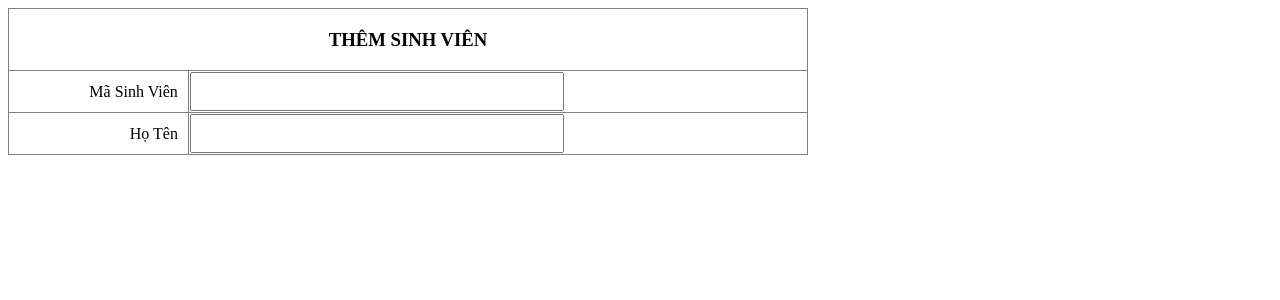
Repository: Tan-Khang21/TH_TKW--Buoi_04
Page: Bai_Tap_Mau/Bai_04/Bai_04.html
The author's editor kept a copy of each file at every save. The page is drawn from the files as they stood at one save, then again after the next save.
The browser window is 1280 px wide. The pictures show the whole page.

Above is the page before, as saved 2024-03-06 09:45:40.

### Bai_Tap_Mau/Bai_04/Bai_04.html
<!DOCTYPE html>
<html lang="en">
<head>
    <meta charset="UTF-8">
    <meta name="viewport" content="width=device-width, initial-scale=1.0">
    <title>Document</title>
</head>
<body>
    <table border="1px" style="width: 800px; border-collapse: collapse;">
        <tr>
            <th colspan="3" ><h3>THÊM SINH VIÊN</h3></th>
        </tr>
        <tr>
            <td align="right" style="padding: 10px;">Mã Sinh Viên</td>
            <td colspan="2"> <input type="text" style="width:350px; padding: 10px;"></td>
        </tr>
        <tr>
            <td align="right" style="padding: 10px;">Họ Tên</td>
            <td colspan="2"> <input type="text" style="width:350px; padding: 10px;"></td>
        </tr>
    </table>
</body>
</html>

After the next save:
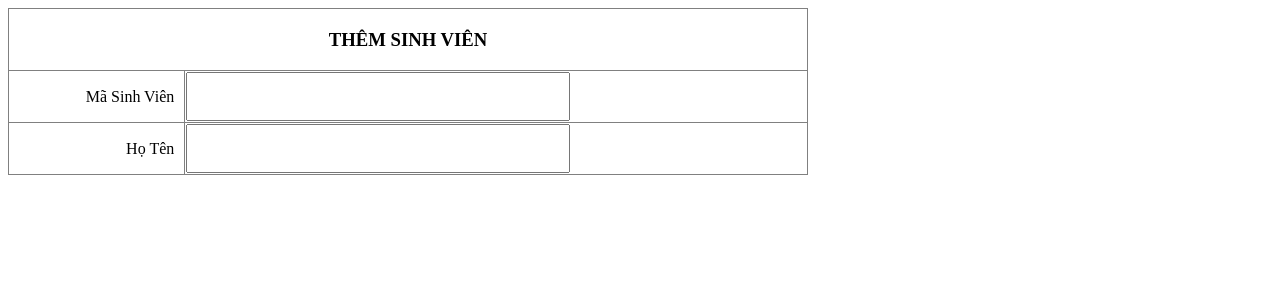
Saved 8 s later.
--- a/Bai_Tap_Mau/Bai_04/Bai_04.html
+++ b/Bai_Tap_Mau/Bai_04/Bai_04.html
@@ -12,11 +12,11 @@
         </tr>
         <tr>
             <td align="right" style="padding: 10px;">Mã Sinh Viên</td>
-            <td colspan="2"> <input type="text" style="width:350px; padding: 10px;"></td>
+            <td colspan="2"> <input type="text" style="width:350px; padding: 15px;"></td>
         </tr>
         <tr>
             <td align="right" style="padding: 10px;">Họ Tên</td>
-            <td colspan="2"> <input type="text" style="width:350px; padding: 10px;"></td>
+            <td colspan="2"> <input type="text" style="width:350px; padding: 15px;"></td>
         </tr>
     </table>
 </body>
